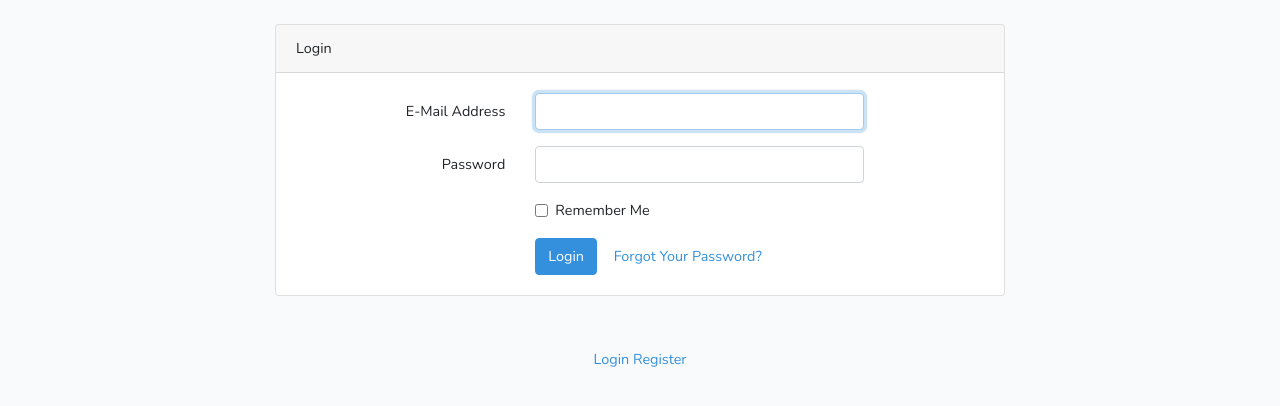
Repository: PatryxB/buildHouse
Page: http://localhost/login
These files come from the project's save history. The page is drawn as it stood at one moment and after the next save; the edit follows.
The browser window is 1280 px wide. The pictures show the whole page.
The page is served by the project's Laravel application, run on PHP 8.4 with Laravel 8. Style sheets and scripts are compiled from the project's sources, by tool versions that may differ from the author's.

Above is the page before, as saved 2020-04-30 19:58:41.

After the next save:
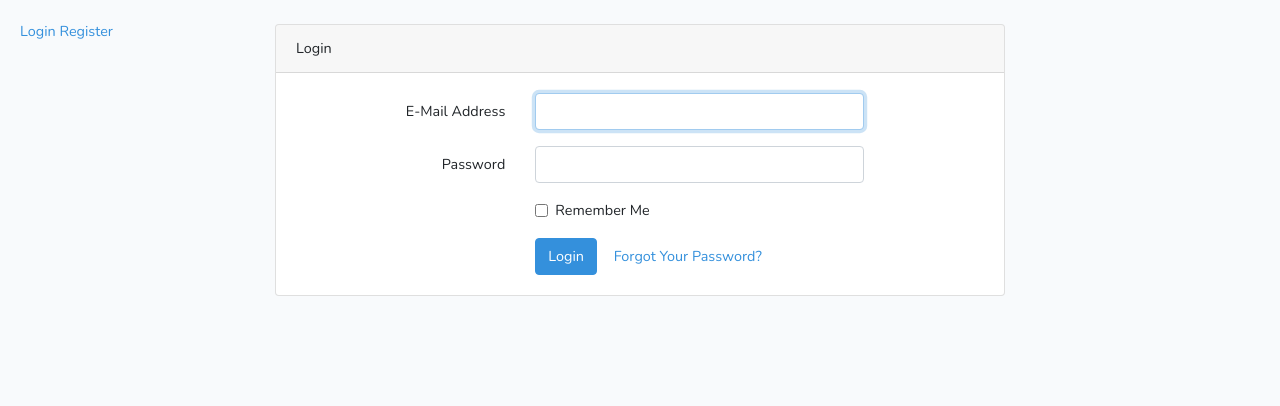
Saved 94 s later.
--- a/resources/sass/app.scss
+++ b/resources/sass/app.scss
@@ -15,7 +15,6 @@
 }
 nav{
     position: absolute;
-    top: 50%;
-    left: 50%;
-    transform: translate(-50%, -50%);
+    margin: 20px;
+  width: auto;
 }
